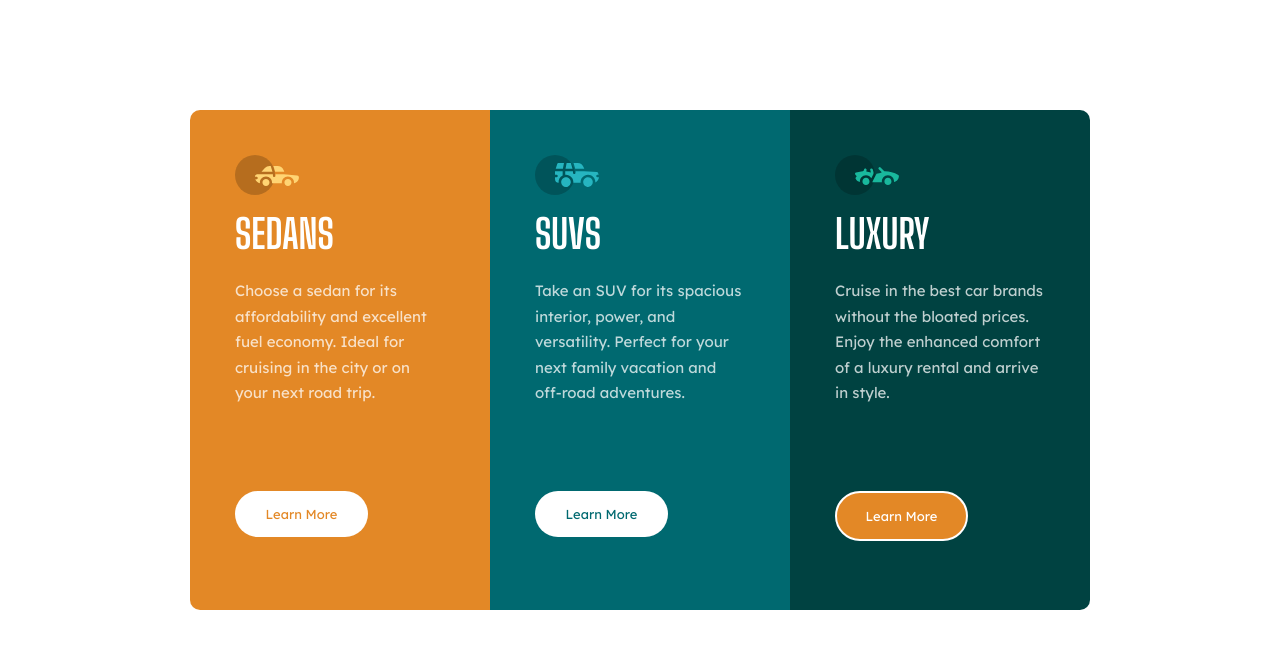
Repository: KamoliddinGIT/column-preview-card
Page: index.html
These files come from the project's save history. The page is drawn as it stood at one moment and after the next save; the edit follows.
The browser window is 1280 px wide. The pictures show the whole page.
The pointer rests on the first visible `.card__3 a`.

Above is the page before, as saved 2023-09-15 16:44:04.

### index.html
<!DOCTYPE html>
<html lang="en">
  <head>
    <meta charset="UTF-8" />
    <meta name="viewport" content="width=device-width, initial-scale=1.0" />
    <link
      rel="icon"
      type="image/png"
      sizes="32x32"
      href="./images/favicon-32x32.png"
    />
    <link
      href="https://fonts.googleapis.com/css2?family=Lexend+Deca&display=swap"
      rel="stylesheet"
    />
    <link
      href="https://fonts.googleapis.com/css2?family=Big+Shoulders+Display:wght@400;700&display=swap"
      rel="stylesheet"
    />
    <link rel="stylesheet" href="./css/style.css" />
    <title>3-column preview card component</title>
  </head>
  <body>
    <div class="container">
      <div class="card card__1">
        <img src="./images/icon-sedans.svg" alt="sedans" />
        <h1>SEDANS</h1>
        <p>
          Choose a sedan for its affordability and excellent fuel economy. Ideal
          for cruising in the city or on your next road trip.
        </p>
        <a href="#">Learn More</a>
      </div>
      <div class="card card__2">
        <img src="./images/icon-suvs.svg" alt="suvs" />
        <h1>SUVS</h1>
        <p>
          Take an SUV for its spacious interior, power, and versatility. Perfect
          for your next family vacation and off-road adventures.
        </p>
        <a href="#">Learn More</a>
      </div>
      <div class="card card__3">
        <img src="./images/icon-luxury.svg" alt="icon-luxury" />
        <h1>LUXURY</h1>
        <p>
          Cruise in the best car brands without the bloated prices. Enjoy the
          enhanced comfort of a luxury rental and arrive in style.
        </p>
        <a href="#">Learn More</a>
      </div>
    </div>
  </body>
</html>

### css/style.css
* {
  margin: 0;
  padding: 0;
  box-sizing: border-box;
}

body {
  display: flex;
  justify-content: center;
  align-items: center;
  width: 100%;
  height: 100vh;
}

.container {
  display: flex;
  flex-direction: row;
  border-radius: 10px;
  width: 900px;
  height: 500px;
  color: hsla(0, 0%, 100%, 0.75);
}

.card__1 {
  width: 350px;
  height: 100%;
  background-color: hsl(31, 77%, 52%);
  border-top-left-radius: 10px;
  border-bottom-left-radius: 10px;
  padding: 45px;
}

.card__2 {
  width: 350px;
  height: 100%;
  background-color: hsl(184, 100%, 22%);
  padding: 45px;
}

.card__3 {
  width: 350px;
  height: 100%;
  background-color: hsl(179, 100%, 13%);
  border-top-right-radius: 10px;
  border-bottom-right-radius: 10px;
  padding: 45px;
}

.card {
  padding: 45px;
  display: flex;
  flex-direction: column;
}

.card h1 {
  font-family: "Big Shoulders Display", cursive;
  color: #fff;
  text-transform: uppercase;
  margin-top: 15px;
  margin-bottom: 20px;
  font-size: 40px;
}

.card img {
  width: 64px;
  height: 40px;
}

.card p {
  font-family: "Lexend Deca", sans-serif;
  margin: 0 0 50px;
  font-size: 15px;
  line-height: 1.7;
}

.card__1 a {
  display: flex;
  justify-content: center;
  align-items: center;
  font-size: 13px;
  width: 133px;
  text-decoration: none;
  font-family: "Lexend Deca", sans-serif;
  color: hsl(31, 77%, 52%);
  background: #fff;
  margin-top: 35px;
  border-radius: 50px;
  padding: 15px 10px;
}

.card__1 a:hover {
  font-size: 13px;
  display: flex;
  justify-content: center;
  align-items: center;
  border: 2px solid #fff;
  cursor: pointer;
  transition: 0.3s ease;
  background: hsl(31, 77%, 52%);
  font-family: "Lexend Deca", sans-serif;
  color: #fff;
}

.card__2 a {
  display: flex;
  justify-content: center;
  align-items: center;
  font-size: 13px;
  width: 133px;
  text-decoration: none;
  font-family: "Lexend Deca", sans-serif;
  color: hsl(184, 100%, 22%);
  background: #fff;
  margin-top: 35px;
  border-radius: 50px;
  padding: 15px 10px;
}

.card__2 a:hover {
  font-size: 13px;
  display: flex;
  justify-content: center;
  align-items: center;
  border: 2px solid #fff;
  cursor: pointer;
  transition: 0.3s ease;
  background: hsl(184, 100%, 22%);
  font-family: "Lexend Deca", sans-serif;
  color: #fff;
}

.card__3 a {
  display: flex;
  justify-content: center;
  align-items: center;
  font-size: 13px;
  width: 133px;
  text-decoration: none;
  font-family: "Lexend Deca", sans-serif;
  color: #006970;
  background: #fff;
  margin-top: 35px;
  border-radius: 50px;
  padding: 15px 10px;
}

.card__3 a:hover {
  font-size: 13px;
  display: flex;
  justify-content: center;
  align-items: center;
  border: 2px solid #fff;
  cursor: pointer;
  transition: 0.3s ease;
  background: hsl(31, 77%, 52%);
  font-family: "Lexend Deca", sans-serif;
  color: #fff;
}

After the next save:
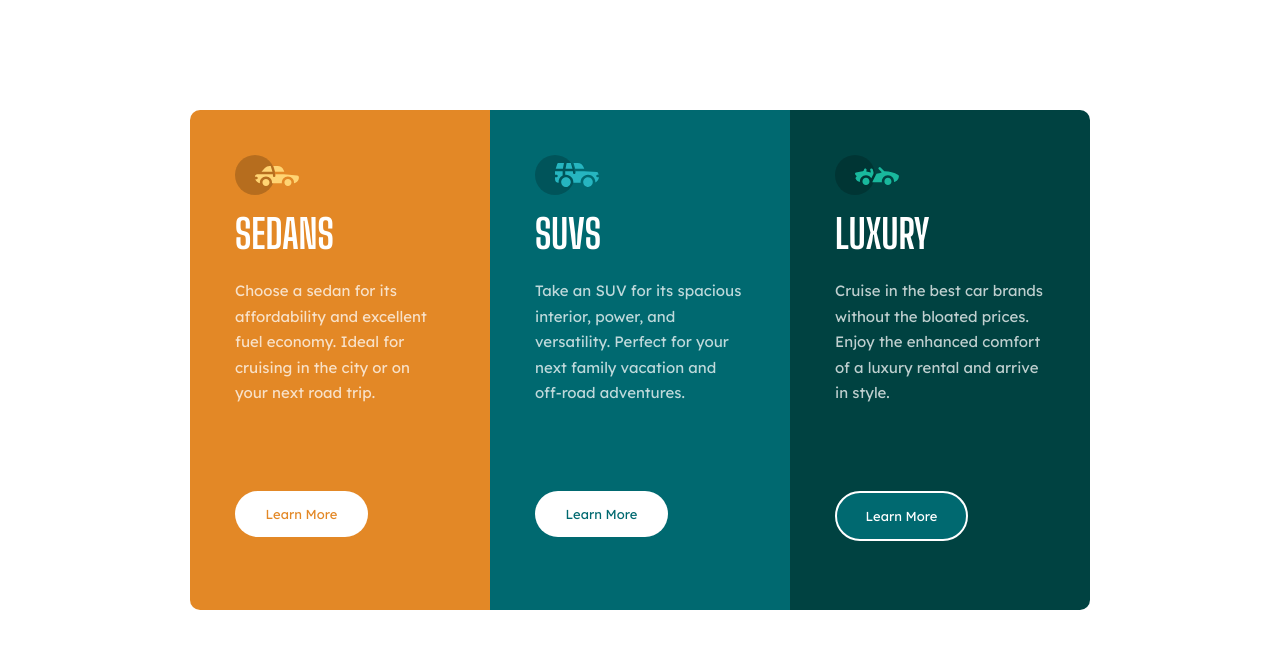
Saved 14 s later.
--- a/css/style.css
+++ b/css/style.css
@@ -152,7 +152,7 @@ body {
   border: 2px solid #fff;
   cursor: pointer;
   transition: 0.3s ease;
-  background: hsl(31, 77%, 52%);
+  background: #006970;
   font-family: "Lexend Deca", sans-serif;
   color: #fff;
 }
